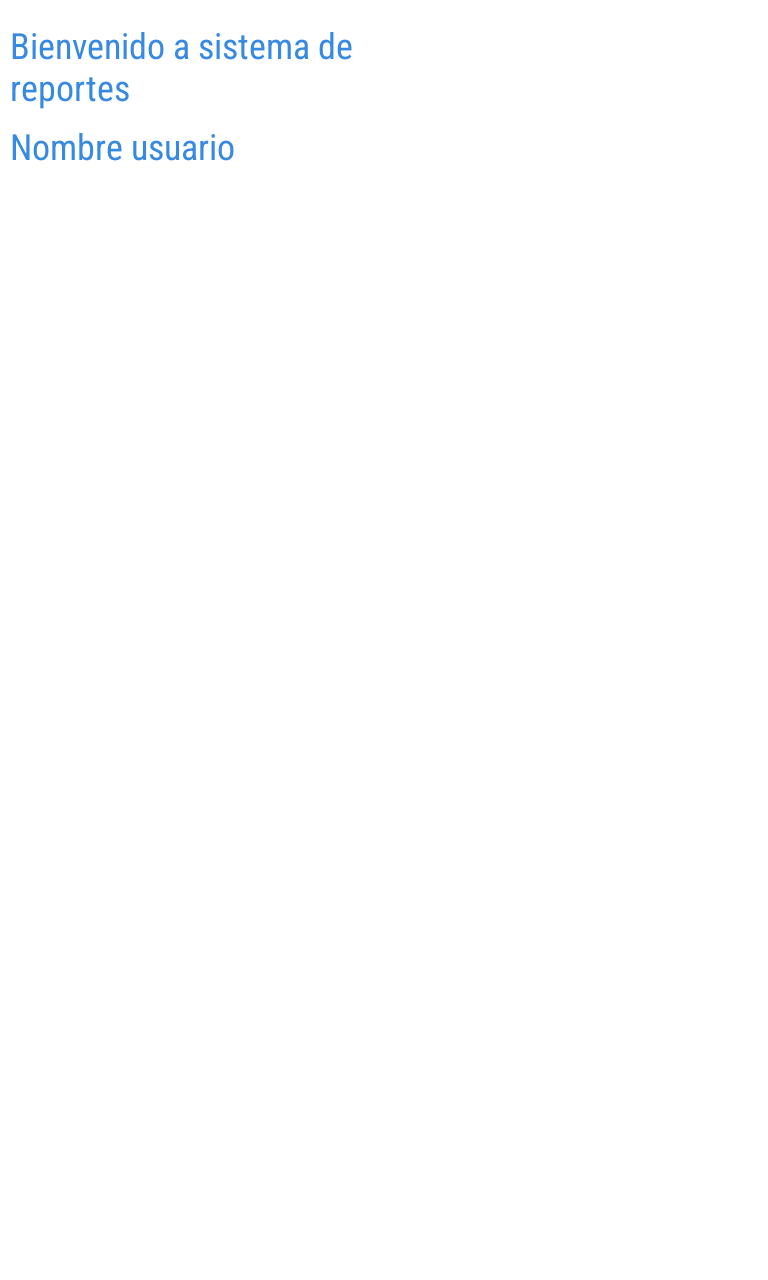
Repository: ramonramirezz/ReportesApp
Layout: Reportes/res/layout/welcome.xml
The author's editor kept a copy of each file at every save. The layout is drawn from the files as they stood at one save, then again after the next save.
It is drawn on a 768 x 1280 px phone screen (xhdpi) without system bars, with theme AppTheme; the app's code is not run. The app's manifest (not shown) leaves right-to-left support off. So textAlignment, textDirection and layoutDirection are ignored, and left and right values win over start and end ones.

Above is the layout before, as saved 2015-11-20 23:54:02.

After the next save:
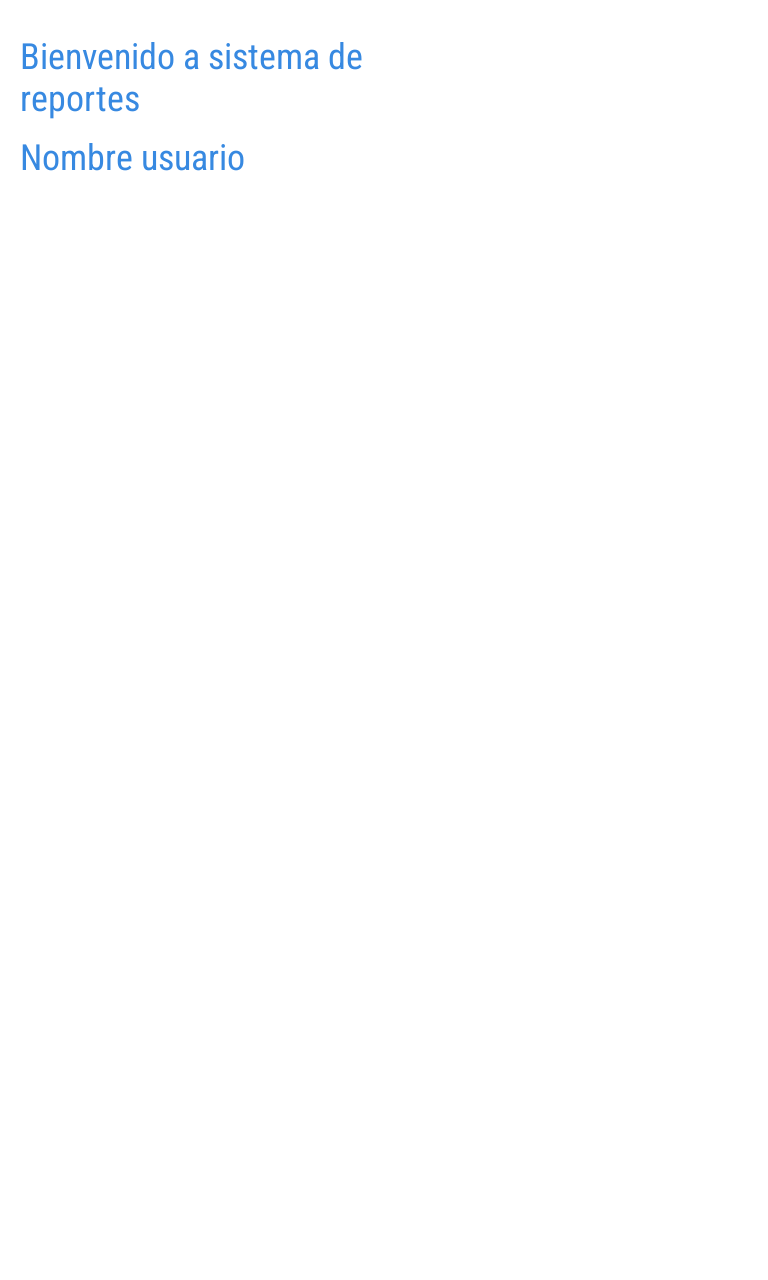
Saved 18 s later.
--- a/Reportes/res/layout/welcome.xml
+++ b/Reportes/res/layout/welcome.xml
@@ -9,7 +9,7 @@
     <LinearLayout
         android:layout_width="fill_parent"
         android:layout_height="wrap_content"
-        android:layout_margin="5dp"
+        android:layout_margin="10dp"
         android:orientation="vertical"
 
         >
